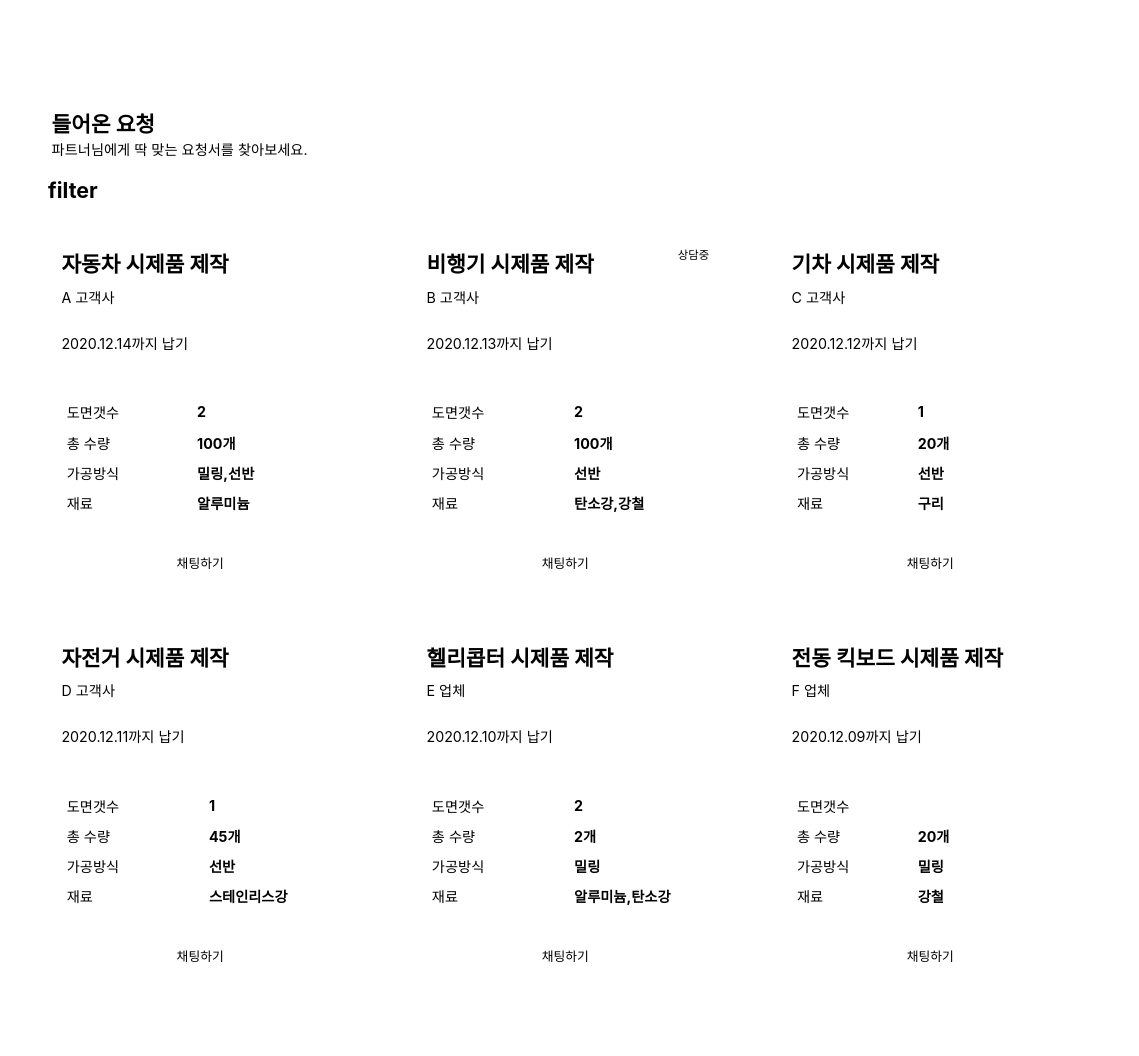
Repository: seoulsaram/capa
Page: /
These files come from the project's save history. The page is drawn as it stood at one moment and after the next save; the edit follows.
The browser window is 1280 px wide. The pictures show the whole page, at 89% of full size.
The project was rebuilt for these pictures with package versions that can differ from the ones it lists, and the page was loaded fresh each time. Requests to the local data server were answered from the project's data file. Also part of the build but not shown: src/App.css, src/components/filter/filter.module.css.

Above is the page before, as saved 2021-03-06 01:25:48.

After the next save:
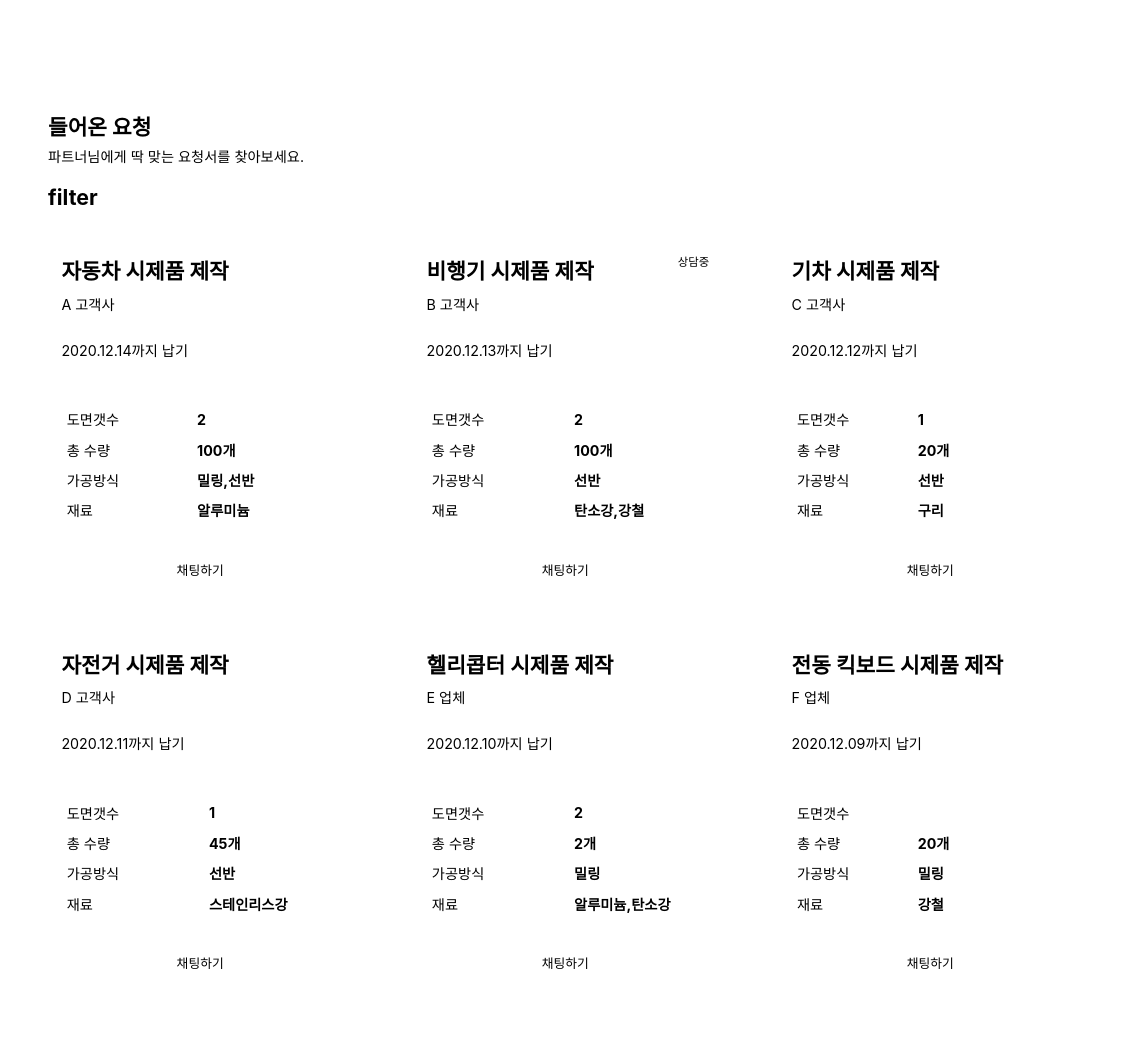
Saved 9 s later.
--- a/src/components/item_container/item_container.module.css
+++ b/src/components/item_container/item_container.module.css
@@ -6,5 +6,5 @@
 
 .title,
 .desc {
-  margin: 0px 4px;
+  margin: 4px 0px;
 }
